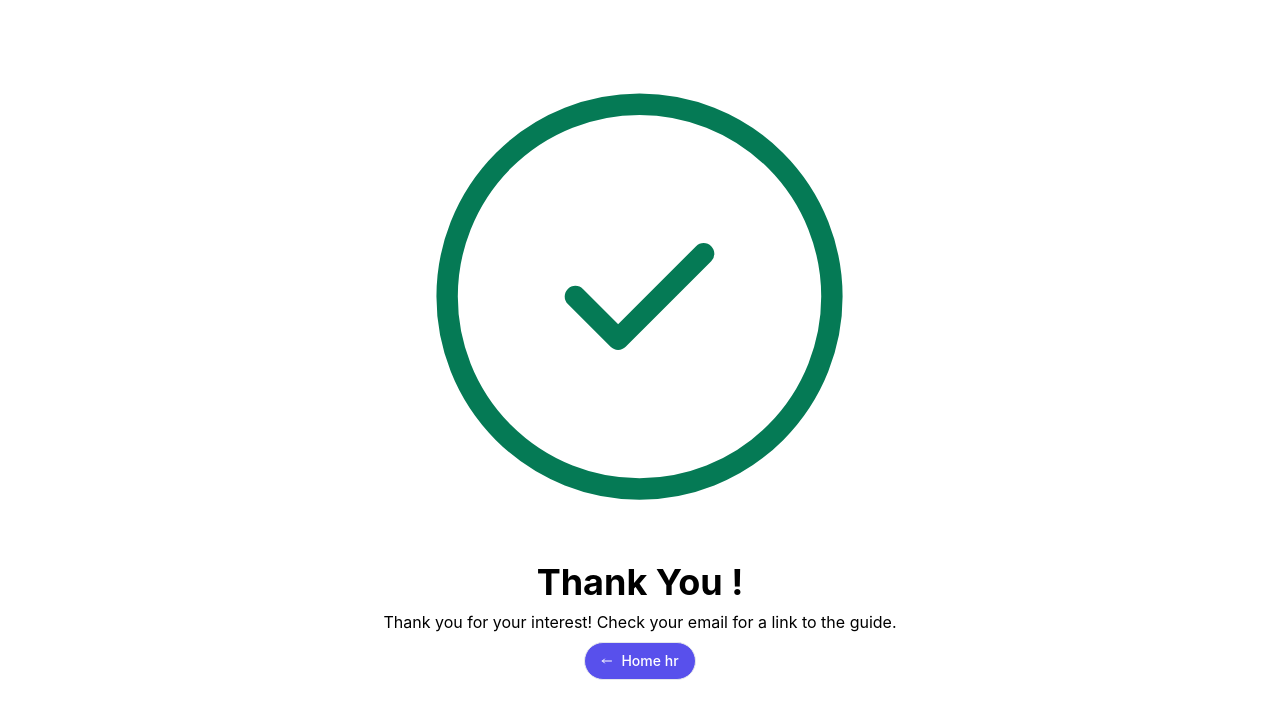
Repository: sodmaq/portfolio
Page: dist/success.html
The author's editor kept a copy of each file at every save. The page is drawn from the files as they stood at one save, then again after the next save.
The browser window is 1280 px wide. The pictures show the whole page.
Some web libraries are served in a nearby version.

Above is the page before, as saved 2024-02-25 13:27:45.

After the next save:
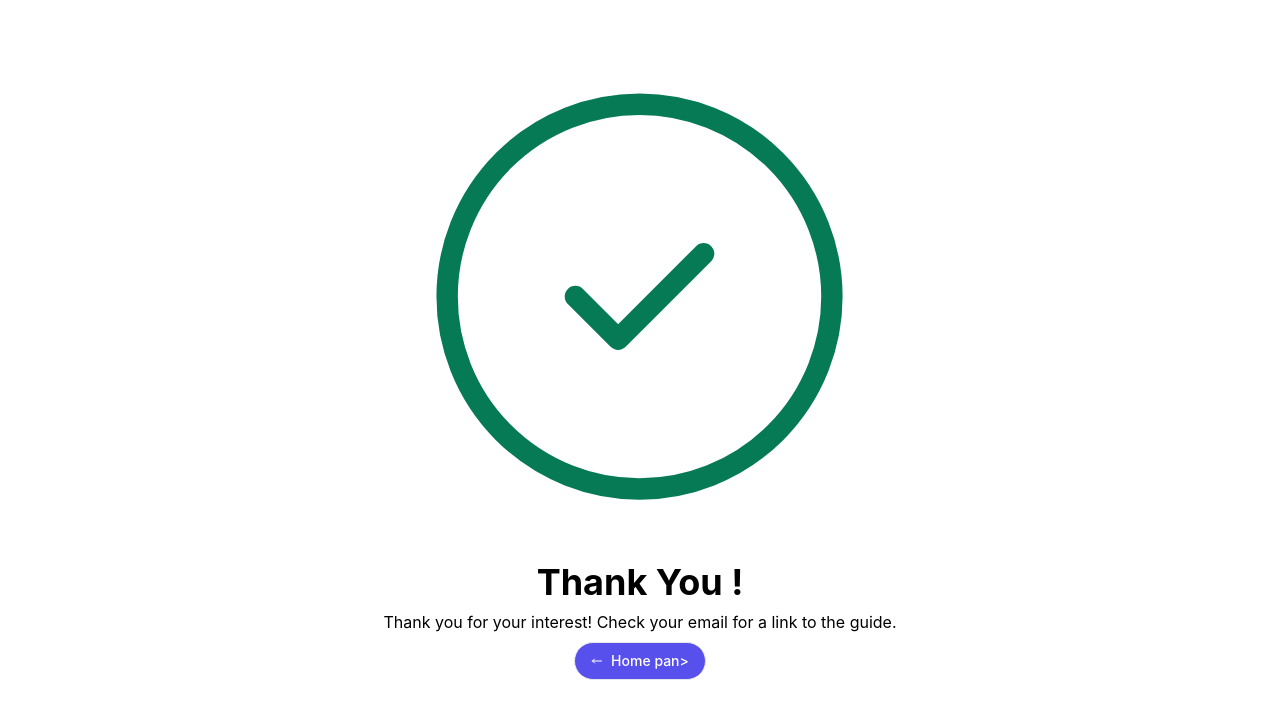
Saved 11 s later.
--- a/dist/success.html
+++ b/dist/success.html
@@ -49,7 +49,7 @@
                 d="M7 16l-4-4m0 0l4-4m-4 4h18"
               />
             </svg>
-            <span class="text-sm font-medium"> Home hr </span>
+            <span class="text-sm font-medium"> Home  pan>
           </a>
         </div>
       </div>
